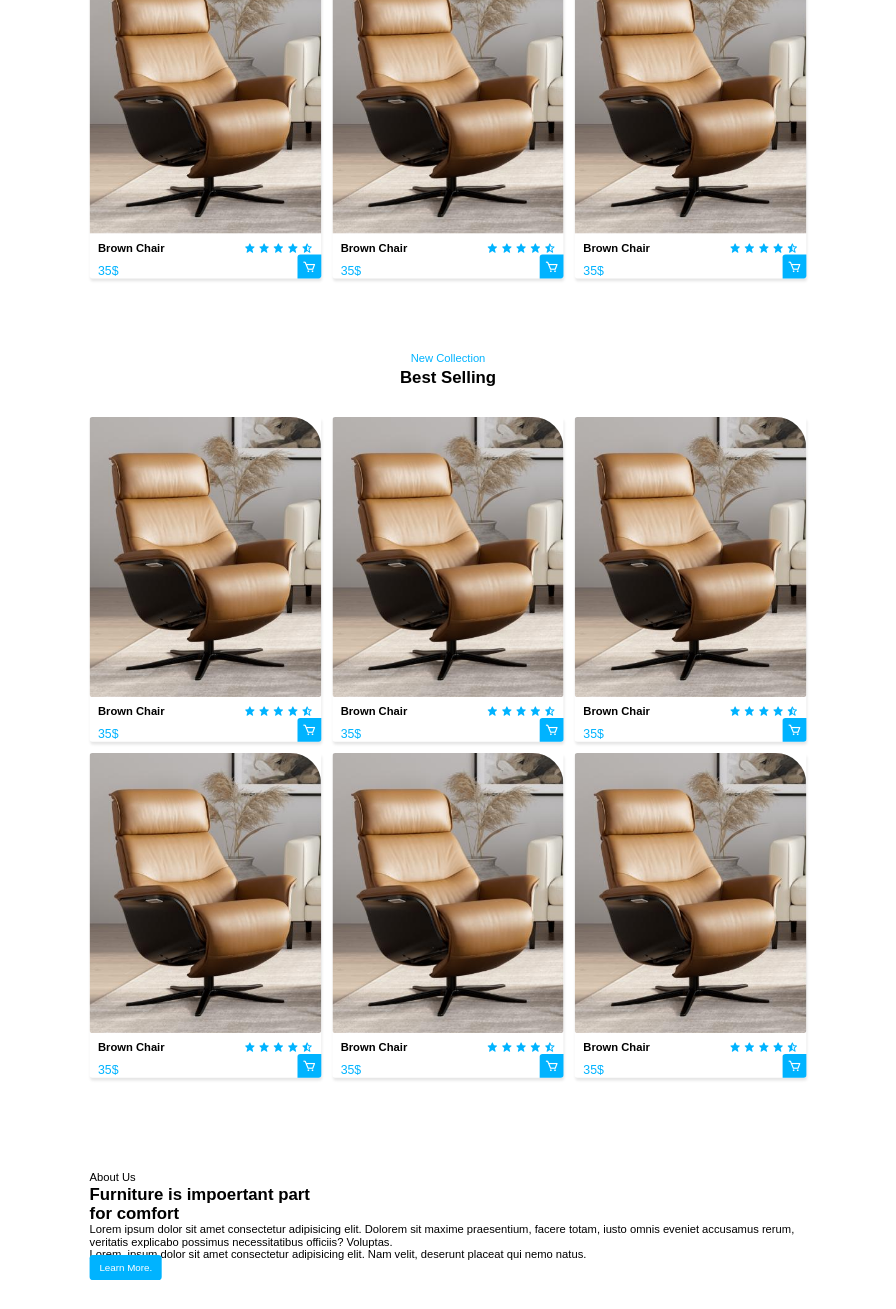
Repository: alishbah7/Choice1
Page: index.html
An editor plug-in stored every save of this project. The page is shown before and after the next save, followed by the edit.
The browser window is 1280 px wide. The pictures show the part of the page from y = 1414 to 3334 px (the page is 3284 px tall before and 3334 px after), at 70% of full size.
Backgrounds fixed to the window are drawn as part of the page.

Above is the page before, as saved 2024-11-24 10:39:20.

After the next save:
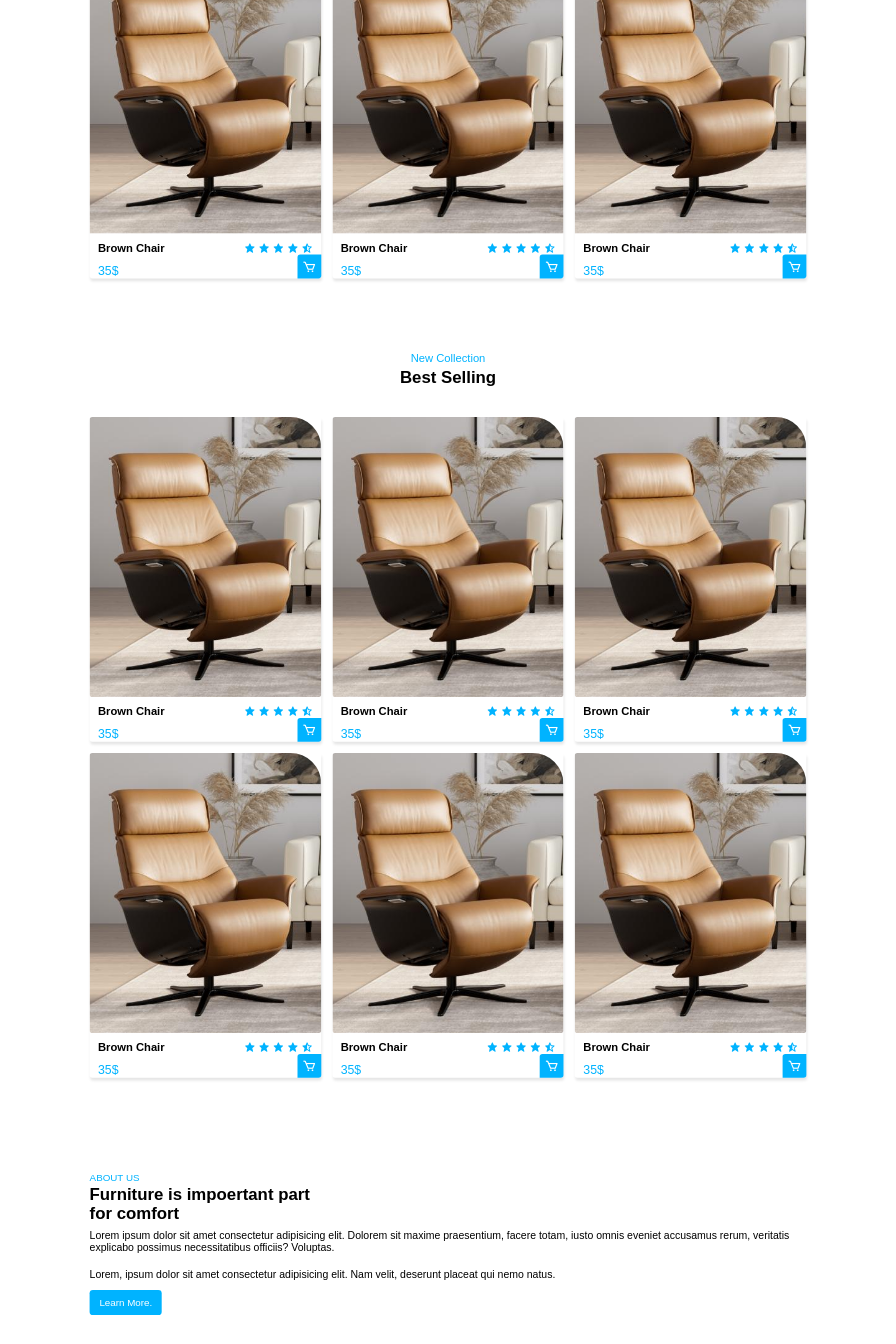
Saved 3 min 50 s later.
--- a/style.css
+++ b/style.css
@@ -206,4 +206,18 @@ header{
 
 .about-img img{
     width: 80%;
-}
+    border-radius: 10px;
+    object-fit: contain;
+}
+
+.about-text span{
+    font-size: 14px;
+    font-weight: 500;
+    text-transform: uppercase;
+    color: var(--main-color);
+}
+
+.about-text p{
+    font-size: 0.938rem;
+    margin: 0.5rem 0 1.4rem;
+}
